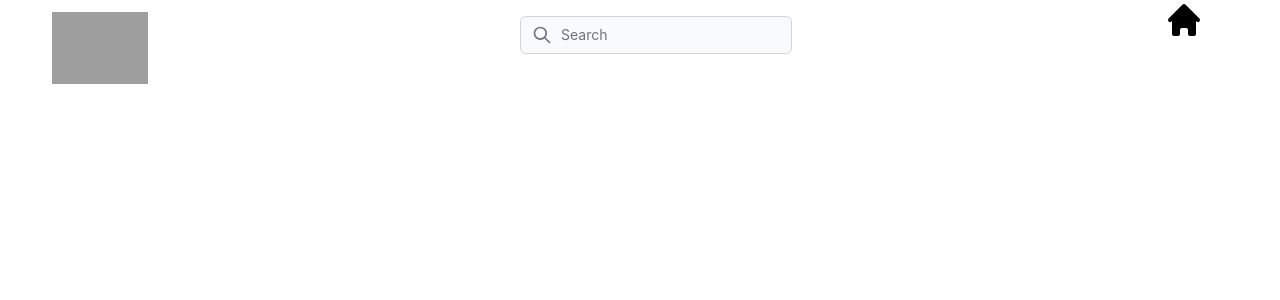
Repository: SehajBindra/insta--clone
Page: /
An editor plug-in stored every save of this project. The page is shown before and after the next save, followed by the edit.
The browser window is 1280 px wide. The pictures show the whole page.
Pictures or frames that could not be fetched are drawn as grey boxes. The project was rebuilt for these pictures with package versions that can differ from the ones it lists, and the page was loaded fresh each time. The framework's server and built-in components were replaced by stand-ins that run in the browser. Also part of the build but not shown: next.config.js.

Above is the page before, as saved 2022-04-11 01:50:51.

### pages/index.js
import Head from 'next/head'
import Image from 'next/image'
import Header from '../components/Header'
import styles from '../styles/Home.module.css'

export default function Home() {
  return (
    <div className={styles.container}>
      <Head>
        <title>Instagram</title>
        <meta name="description" content="Generated by create next app" />
        <link rel="icon" href="https://upload.wikimedia.org/wikipedia/commons/thumb/a/a5/Instagram_icon.png/600px-Instagram_icon.png" />

      </Head>
      <Header />

    </div>
  )
}

### components/Header.js
import React from "react";
import Image from "next/image";
import {
    SearchIcon,
    PlusCircleIcon,
    UserGroupIcon,
    HeartIcon,
    PaperAirplaneIcon,
    MenuIcon
} from "@heroicons/react/outline"
import {HomeIcon } from "@heroicons/react/solid";

function Header() {
  return (
    <div>
      <div className="flex justify-between max-w-6xl mx-5 ">
        <div className="relative hidden lg:inline-grid w-24 h-24">
          <Image
            src="https://links.papareact.com/ocw"
            layout="fill"
            objectFit="contain"
          />
        </div>

        <div className=" relative w-10  lg:hidden flex-shrink-0 cursor-pointer">
          <Image
            src="https://links.papareact.com/jjm"
            layout="fill"
            objectFit="contain"
          />
        </div>

        {/* Middle Search Input Field */}
        <div className=" max-w-xs">
        <div className=" relative mt-1 p-3 rounded-md ">
            <div className=" absolute inset-y-3  pl-3 flex items-center pointer-events-none ">
             <SearchIcon  className="h-5  w-5 text-gray-500" />
            </div>
            <input className="bg-gray-50 block w-full pl-10 sm:text-sm border-gray-300  focus:ring-black  focus:border-black rounded-md" type="text" placeholder="Search" />

        </div>
        </div>
       {/* Right side */}
       <div>
       <HomeIcon className=" h-10 w-10" />
       </div>
      </div>
    </div>
  );
}

export default Header;

### tailwind.config.js
module.exports = {
  content: ["./pages/**/*.{js,ts,jsx,tsx}",
  "./components/**/*.{js,ts,jsx,tsx}",],
  theme: {
    extend: {},
  },
  plugins: [require("@tailwindcss/forms")],
}

Loaded but not shown: pages/_app.js (common file); styles/globals.css (common file); styles/Home.module.css (common file)

After the next save:
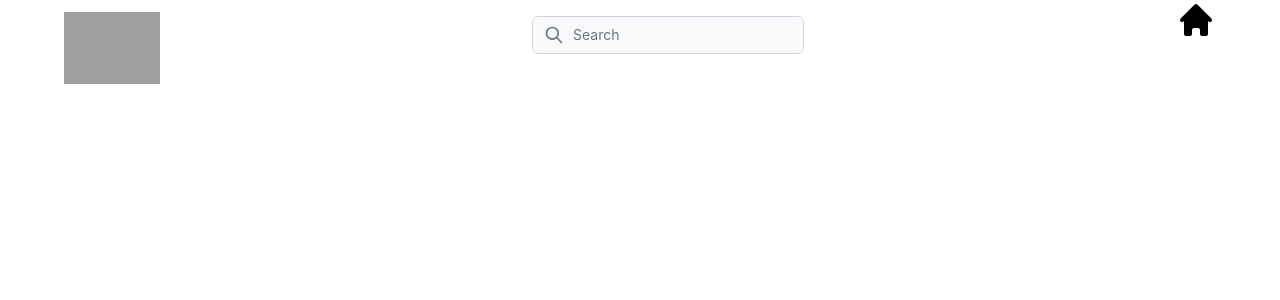
Saved 40 s later.
--- a/components/Header.js
+++ b/components/Header.js
@@ -13,7 +13,7 @@
 function Header() {
   return (
     <div>
-      <div className="flex justify-between max-w-6xl mx-5 ">
+      <div className="flex justify-between max-w-6xl mx-5 xl:m-auto ">
         <div className="relative hidden lg:inline-grid w-24 h-24">
           <Image
             src="https://links.papareact.com/ocw"
